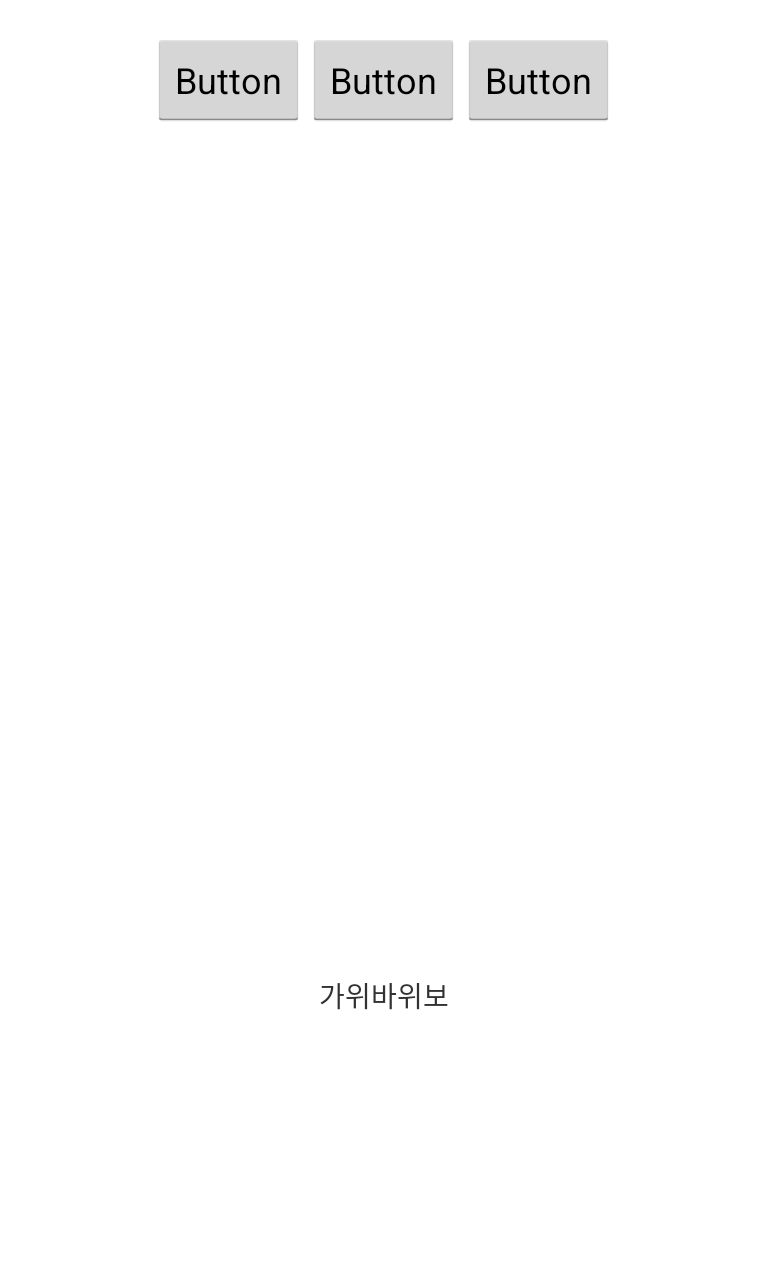
Repository: gbkim/ProjectA
Layout: ProjectA/res/layout/main.xml
These files come from the project's save history. The layout is drawn as it stood at one moment and after the next save; the edit follows.
It is drawn on a 768 x 1280 px phone screen (xhdpi) without system bars, with theme AppTheme; the app's code is not run.

Above is the layout before, as saved 2013-04-08 09:49:32.

After the next save:
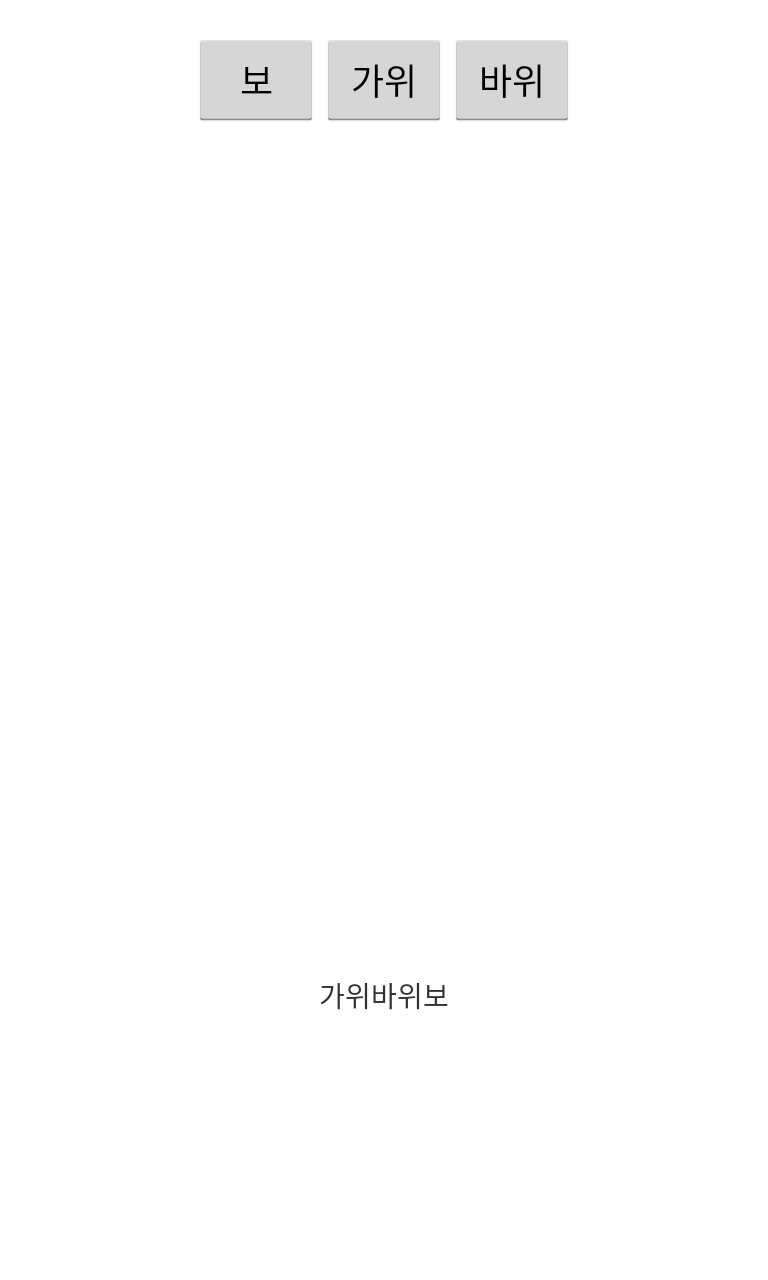
Saved 3 min 21 s later.
--- a/ProjectA/res/layout/main.xml
+++ b/ProjectA/res/layout/main.xml
@@ -34,7 +34,7 @@
         android:layout_alignBaseline="@+id/button1"
         android:layout_alignBottom="@+id/button1"
         android:layout_centerHorizontal="true"
-        android:text="Button" />
+        android:text="가위" />
 
     <Button
         android:id="@+id/button3"
@@ -43,7 +43,7 @@
         android:layout_alignBaseline="@+id/button2"
         android:layout_alignBottom="@+id/button2"
         android:layout_toRightOf="@+id/button2"
-        android:text="Button" />
+        android:text="바위" />
 
     <Button
         android:id="@+id/button1"
@@ -51,7 +51,7 @@
         android:layout_height="wrap_content"
         android:layout_alignTop="@+id/linearLayout1"
         android:layout_toLeftOf="@+id/button2"
-        android:text="Button" />
+        android:text="보" />
 
     <TextView
         android:id="@+id/textView1"
